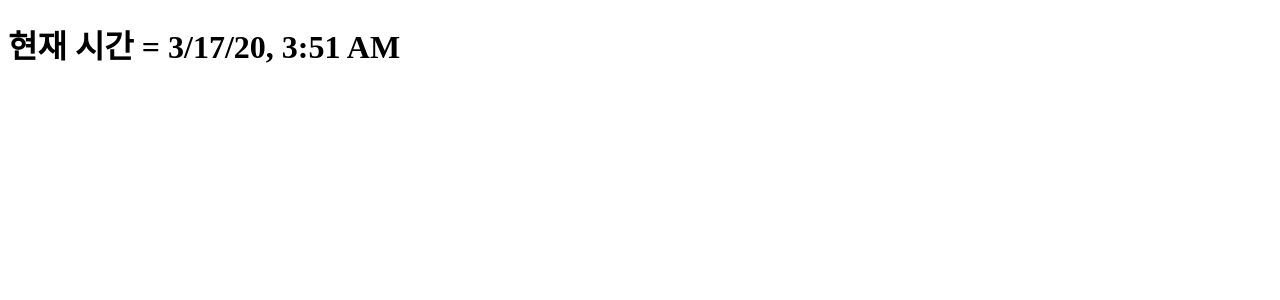
Repository: godnjchs/JSPData
Page: http://localhost/JspTest2/NewFile.jsp
The author's editor kept a copy of each file at every save. The page is drawn from the files as they stood at one save, then again after the next save.
The browser window is 1280 px wide. The pictures show the whole page.
The page is served by Tomcat 9.

Above is the page before, as saved 2020-03-17 03:55:20.

After the next save:
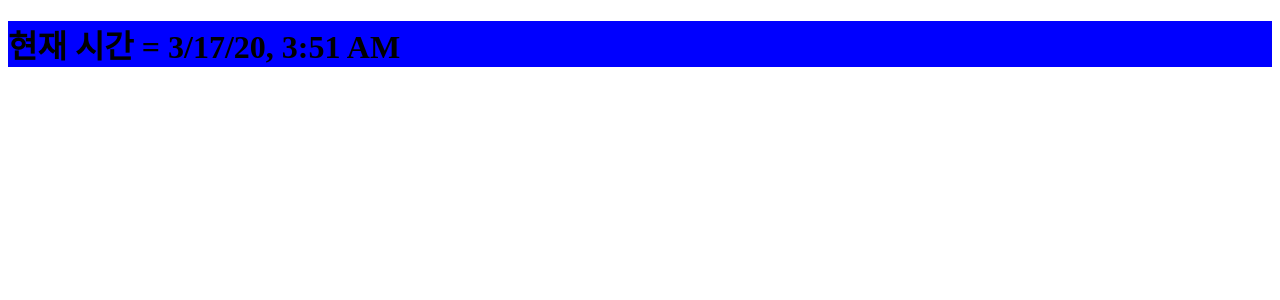
Saved 4 min 56 s later.
--- a/JspTest2/WebContent/NewFile.jsp
+++ b/JspTest2/WebContent/NewFile.jsp
@@ -5,6 +5,11 @@
 <!DOCTYPE html>
 <html>
 <head>
+<style>
+	h1{
+		background-color: blue;
+	}
+</style>
 <meta charset="UTF-8">
 <title>Insert title here</title>
 </head>
@@ -13,6 +18,7 @@
 		Date date = new Date();
 		SimpleDateFormat formet = new SimpleDateFormat();
 
+
 	%>
 	<h1>현재 시간 = <%= formet.format(date) %></h1>
 

After the save that followed:
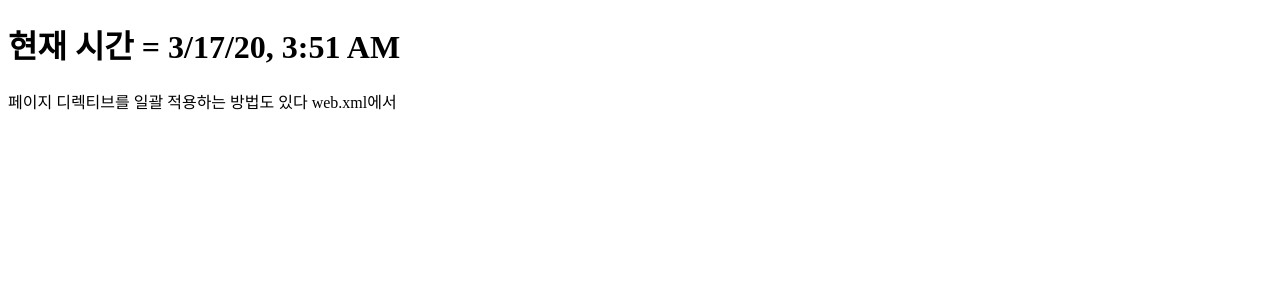
Saved 5 min 47 s later.
--- a/JspTest2/WebContent/NewFile.jsp
+++ b/JspTest2/WebContent/NewFile.jsp
@@ -2,14 +2,11 @@
 <%@page import="java.util.Date"%>
 <%@ page language="java" contentType="text/html; charset=UTF-8"
     pageEncoding="UTF-8" trimDirectiveWhitespaces ="true" %>
+
 <!DOCTYPE html>
 <html>
 <head>
-<style>
-	h1{
-		background-color: blue;
-	}
-</style>
+
 <meta charset="UTF-8">
 <title>Insert title here</title>
 </head>
@@ -22,5 +19,7 @@
 	%>
 	<h1>현재 시간 = <%= formet.format(date) %></h1>
 
+페이지 디렉티브를 일괄 적용하는 방법도 있다 web.xml에서
+
 </body>
 </html>
